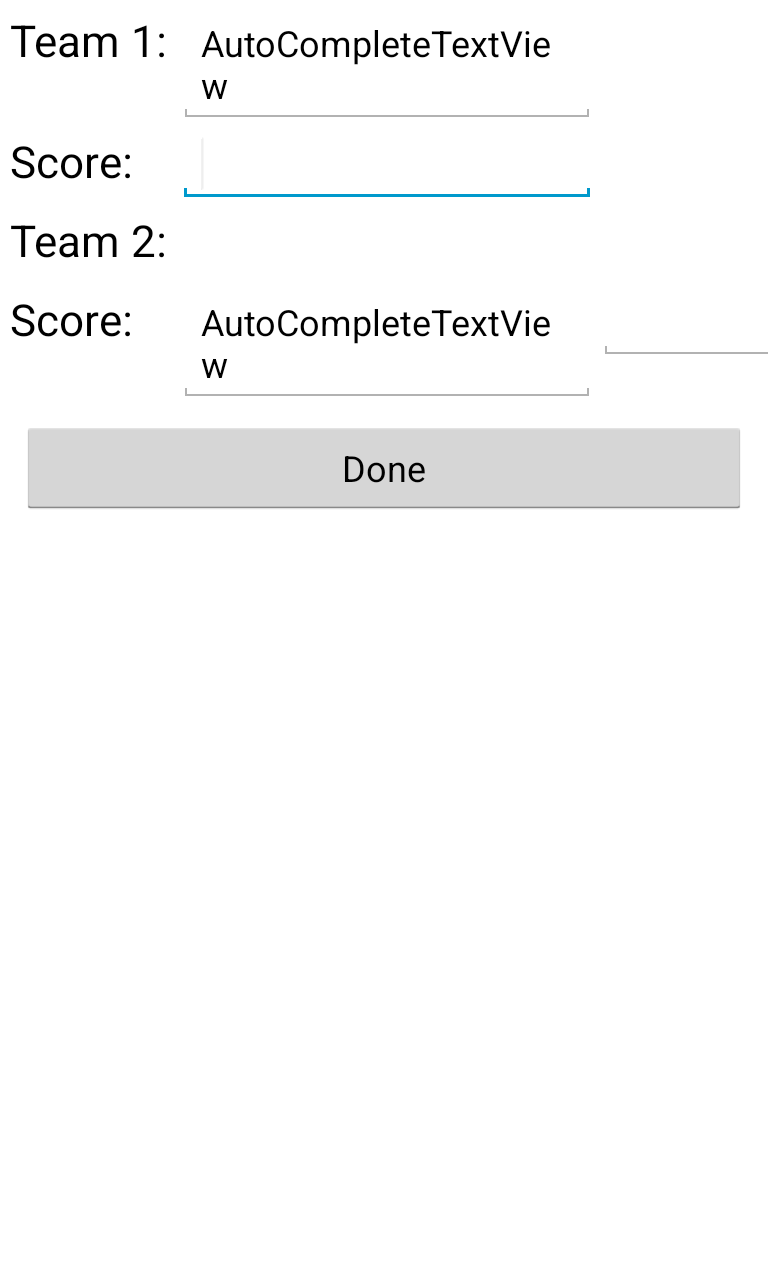
Repository: shervinshaikh/Android
Layout: NBAScoreTracker/res/layout/fragment_scores.xml
The author's editor kept a copy of each file at every save. The layout is drawn from the files as they stood at one save, then again after the next save.
It is drawn on a 768 x 1280 px phone screen (xhdpi) without system bars, with theme AppTheme; the app's code is not run.

Above is the layout before, as saved 2013-04-27 23:00:30.

### NBAScoreTracker/res/layout/fragment_scores.xml
<TableLayout xmlns:android="http://schemas.android.com/apk/res/android"
    android:layout_width="fill_parent"
    android:layout_height="fill_parent" >

    <TableRow
        android:id="@+id/tableRow1"
        android:layout_width="wrap_content"
        android:layout_height="wrap_content" >

        <TextView
            android:id="@+id/textView1"
            android:layout_width="wrap_content"
            android:layout_height="wrap_content"
            android:text="@string/team1f"
            android:textAppearance="?android:attr/textAppearanceLarge"
            android:padding="5dip"
             />

        <AutoCompleteTextView
            android:id="@+id/autoCompleteTextView1"
            android:layout_width="wrap_content"
            android:layout_height="wrap_content"
            android:ems="10"
            android:text="AutoCompleteTextView"
             />

    </TableRow>

    <TableRow
        android:id="@+id/tableRow2"
        android:layout_width="wrap_content"
        android:layout_height="wrap_content" >

        <TextView
            android:id="@+id/textView2"
            android:layout_width="wrap_content"
            android:layout_height="wrap_content"
            android:text="@string/score"
            android:textAppearance="?android:attr/textAppearanceLarge"
            android:padding="5dip" />

        <EditText
            android:id="@+id/editText2"
            android:layout_width="wrap_content"
            android:layout_height="wrap_content"
            android:ems="10"
            android:inputType="number" >

            <requestFocus />
        </EditText>

    </TableRow>

    <TableRow
        android:id="@+id/tableRow3"
        android:layout_width="wrap_content"
        android:layout_height="wrap_content" >

        <TextView
            android:id="@+id/textView3"
            android:layout_width="wrap_content"
            android:layout_height="wrap_content"
            android:text="@string/team2f"
            android:textAppearance="?android:attr/textAppearanceLarge"
            android:padding="5dip" />

    </TableRow>

    <TableRow
        android:id="@+id/tableRow4"
        android:layout_width="wrap_content"
        android:layout_height="wrap_content" >

        <TextView
            android:id="@+id/textView4"
            android:layout_width="wrap_content"
            android:layout_height="wrap_content"
            android:text="@string/score"
            android:textAppearance="?android:attr/textAppearanceLarge"
            android:padding="5dip" />

        <AutoCompleteTextView
            android:id="@+id/autoCompleteTextView2"
            android:layout_width="wrap_content"
            android:layout_height="wrap_content"
            android:ems="10"
            android:text="AutoCompleteTextView" />

        <EditText
            android:id="@+id/editText4"
            android:layout_width="wrap_content"
            android:layout_height="wrap_content"
            android:ems="10"
            android:inputType="number" />

    </TableRow>

    <Button
        android:id="@+id/button1"
        android:layout_width="wrap_content"
        android:layout_height="wrap_content"
        android:text="@string/done"
        android:layout_margin="10dip"
        android:onClick="onScoresSet" />

</TableLayout>

### NBAScoreTracker/res/values/strings.xml
<?xml version="1.0" encoding="utf-8"?>
<resources>

    <string name="app_name">NBAScoreTracker</string>
    <string name="action_settings">Settings</string>
    <string name="hello_world">Hello world!</string>

    <string name="enter_date">Enter Date</string>
    <string name="enter_game">Enter Game</string>
    <string name="next_game">Next Game</string>

    <string name="date">Date</string>
    <string name="team1">Team 1</string>
    <string name="team2">Team 2</string>
    <string name="zero">0</string>

    <string name="team1f">Team 1:</string>
    <string name="team2f">Team 2:</string>
    <string name="score">Score:</string>
    <string name="done">Done</string>

</resources>

Loaded but not shown: NBAScoreTracker/res/values/styles.xml (common file); NBAScoreTracker/res/values-v11/styles.xml (common file); NBAScoreTracker/res/values-v14/styles.xml (common file)

After the next save:
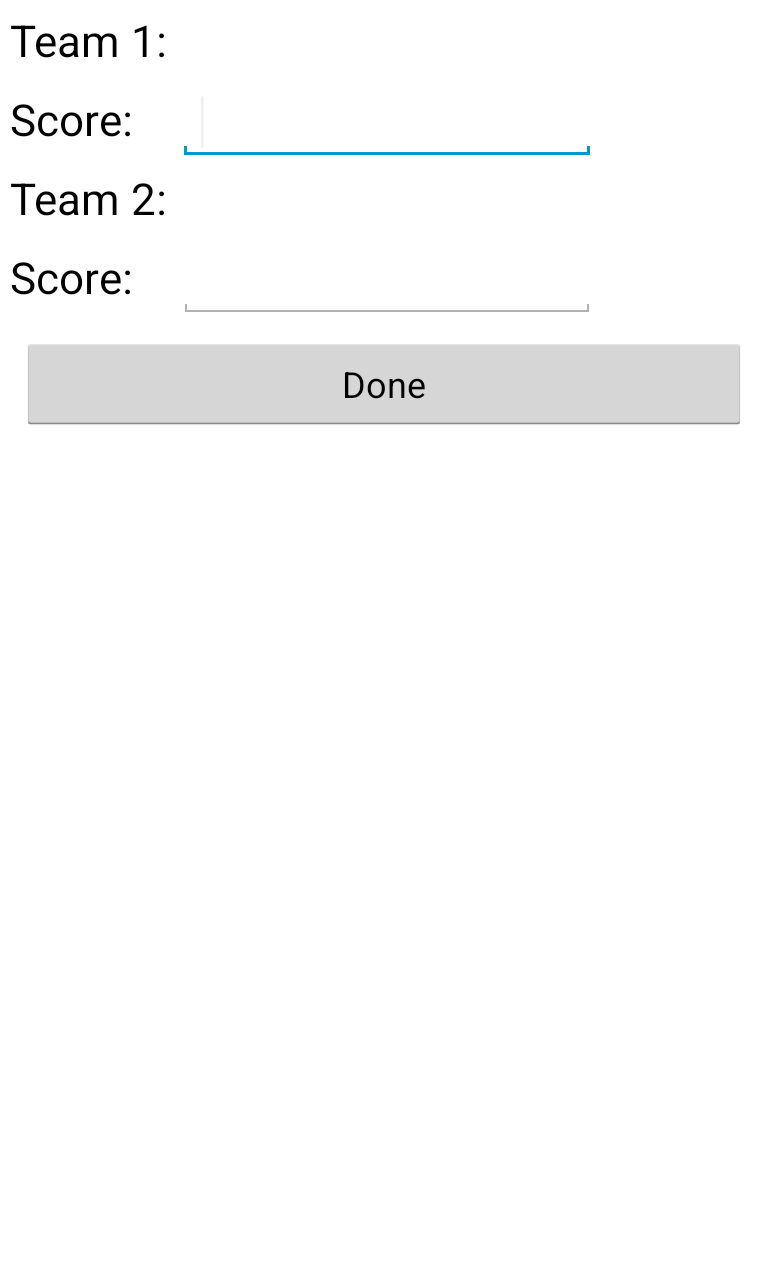
Saved 28 h 23 min later.
--- a/NBAScoreTracker/res/layout/fragment_scores.xml
+++ b/NBAScoreTracker/res/layout/fragment_scores.xml
@@ -14,14 +14,6 @@
             android:text="@string/team1f"
             android:textAppearance="?android:attr/textAppearanceLarge"
             android:padding="5dip"
-             />
-
-        <AutoCompleteTextView
-            android:id="@+id/autoCompleteTextView1"
-            android:layout_width="wrap_content"
-            android:layout_height="wrap_content"
-            android:ems="10"
-            android:text="AutoCompleteTextView"
              />
 
     </TableRow>
@@ -79,13 +71,6 @@
             android:textAppearance="?android:attr/textAppearanceLarge"
             android:padding="5dip" />
 
-        <AutoCompleteTextView
-            android:id="@+id/autoCompleteTextView2"
-            android:layout_width="wrap_content"
-            android:layout_height="wrap_content"
-            android:ems="10"
-            android:text="AutoCompleteTextView" />
-
         <EditText
             android:id="@+id/editText4"
             android:layout_width="wrap_content"
